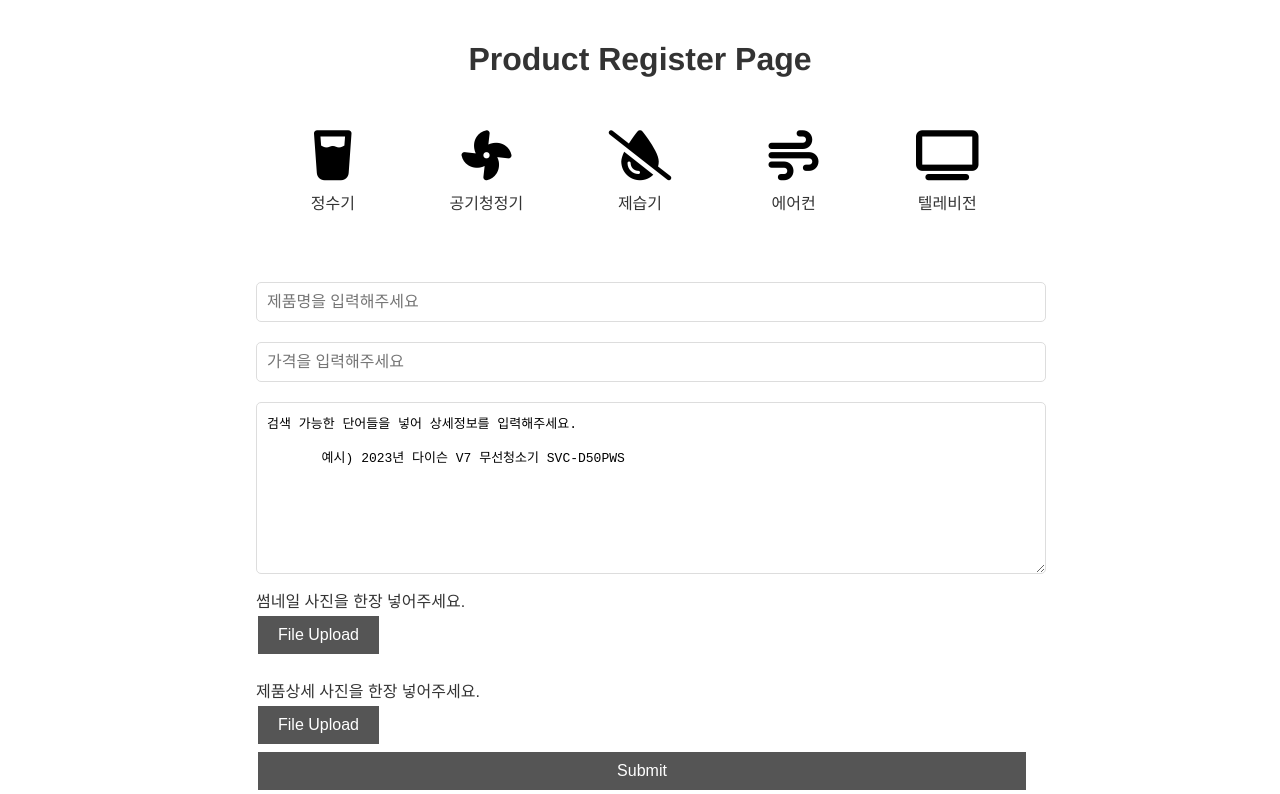
Repository: bbqju13/52si
Page: http://localhost/spring/WEB-INF/views/product/register.jsp
These files come from the project's save history. The page is drawn as it stood at one moment and after the next save; the edit follows.
The browser window is 1280 px wide. The pictures show the whole page.
Some web libraries are served in a nearby version. The page is served by Tomcat 9. Nobody is signed in. The template is opened directly, without the code that normally fills it, so the values that code supplies are empty.

Above is the page before, as saved 2023-07-27 00:38:28.
Console error: TypeError: Cannot read properties of null (reading 'addEventListener')

After the next save:
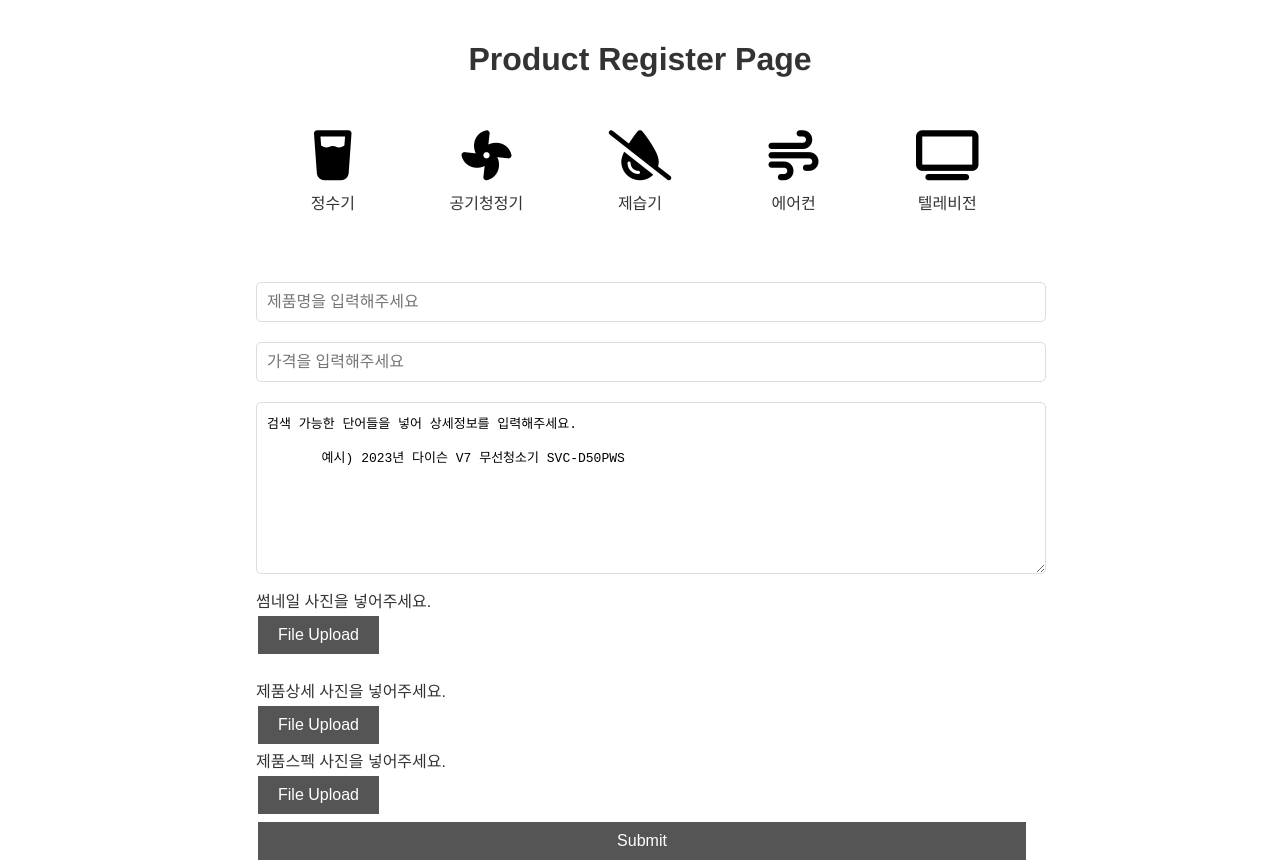
Saved 2 min 9 s later.
--- a/spring/src/main/webapp/WEB-INF/views/product/register.jsp
+++ b/spring/src/main/webapp/WEB-INF/views/product/register.jsp
@@ -56,16 +56,23 @@
        <textarea name="content" cols="50" rows="10">검색 가능한 단어들을 넣어 상세정보를 입력해주세요.&#10;
        예시) 2023년 다이슨 V7 무선청소기 SVC-D50PWS
        </textarea> <br>
-       썸네일 사진을 한장 넣어주세요.<input type="file" id="files" name="files" style="display: none"> <br>
+       썸네일 사진을 넣어주세요.<input type="file" id="files" name="files" style="display: none"> <br>
        <button type="button" id="trigger">File Upload</button> <br>
        <div id="fileZone">
 
        </div>
-       제품상세 사진을 한장 넣어주세요.<input type="file" id="files1" name="files" style="display: none"> <br>
+       제품상세 사진을 넣어주세요.<input type="file" id="files1" name="files" style="display: none"> <br>
        <button type="button" id="trigger1">File Upload</button> <br>
        <div id="fileZone1">
 
        </div>
+
+       제품스펙 사진을 넣어주세요.<input type="file" id="files1" name="files" style="display: none"> <br>
+       <button type="button" id="trigger1">File Upload</button> <br>
+       <div id="fileZone1">
+
+       </div>
+
        <button onclick="validateButton(event)" id="regBtn" type="submit">Submit</button>
     </form>
 
